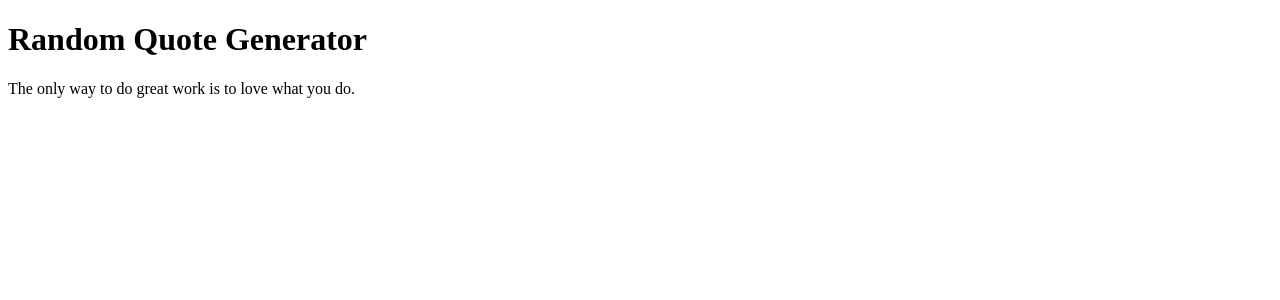
Repository: RiyaRoy05/RandomQuoteGenerator
Page: /
The author's editor kept a copy of each file at every save. The page is drawn from the files as they stood at one save, then again after a run of saves.
The browser window is 1280 px wide. The pictures show the whole page.
The project was rebuilt for these pictures with package versions that can differ from the ones it lists, and the page was loaded fresh each time. Also part of the build but not shown: vite.config.js.

Above is the page before, as saved 2025-05-21 17:12:03.

### src/main.js
import { createApp } from 'vue'
import App from './App.vue'

if (import.meta.env.PROD) {
  if (typeof window.__VUE_DEVTOOLS_GLOBAL_HOOK__ !== 'undefined') {
    window.__VUE_DEVTOOLS_GLOBAL_HOOK__.Vue = null;
  }
}

createApp(App).mount('#app')

### src/App.vue
<script setup>
import RandomQuoteGenerator from './components/RandomQuoteGenerator .vue';
</script>


<template>
  <RandomQuoteGenerator />
</template>

### src/components/RandomQuoteGenerator .vue
<script setup>
import { ref, onMounted } from 'vue';

const quotes = ref([
  {
    text: "The only way to do great work is to love what you do.",
    author: "Steve Jobs",
  },
  {
    text: "Believe you can and you're halfway there.",
    author: "Theodore Roosevelt",
  },
  {
    text: "Life is what happens when you're busy making other plans.",
    author: "John Lennon",
  },
]);

const currentQuote = ref({text:"", author:""})

const getRandomQuote = () => {
    const randomInddex = Math.floor(Math.random() * quotes.value.length)
    currentQuote.value = quotes.value[randomInddex]
}

onMounted(getRandomQuote)

</script>

<template>
    <div class="quote-generator">
        <h1 class="app-title">Random Quote Generator</h1>
        <blockquote class="quote-conatiner"></blockquote>
        <p>{{ currentQuote.text }}</p>

    </div>
</template>

Loaded but not shown: index.html (common file)

After the next 3 saves:
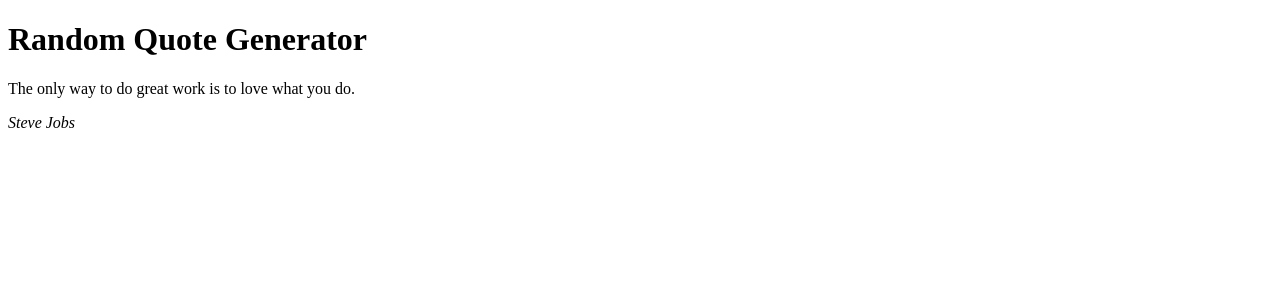
The 3 saves are shown as one change because they came seconds apart.
The last was saved 9 s later.
--- a/src/components/RandomQuoteGenerator .vue
+++ b/src/components/RandomQuoteGenerator .vue
@@ -32,6 +32,6 @@
         <h1 class="app-title">Random Quote Generator</h1>
         <blockquote class="quote-conatiner"></blockquote>
         <p>{{ currentQuote.text }}</p>
-
+        <cite>{{ currentQuote.author }}</cite>
     </div>
 </template>
